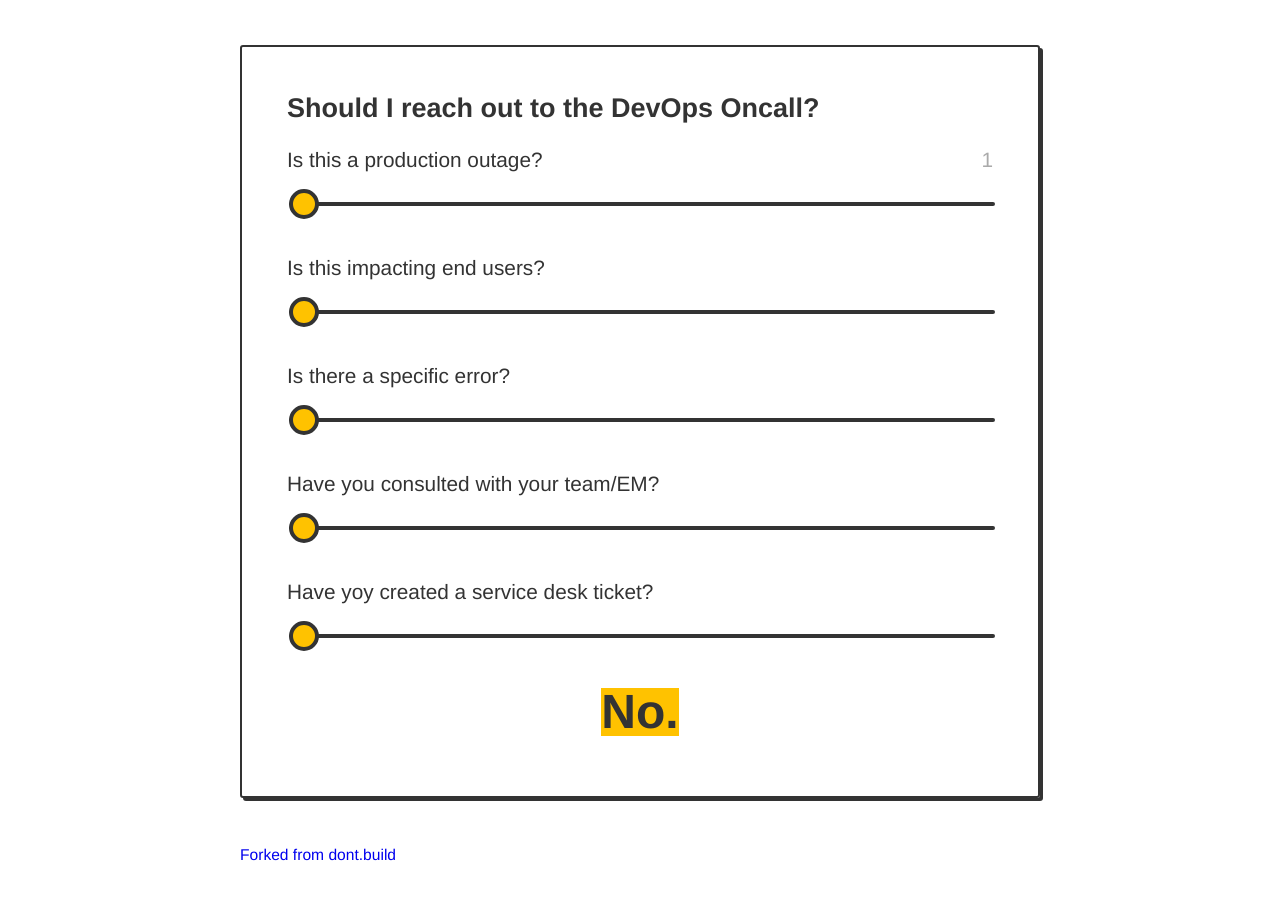
Repository: harishbsrinivas/dont.call
Page: index.html
The author's editor kept a copy of each file at every save. The page is drawn from the files as they stood at one save, then again after the next save.
The browser window is 1280 px wide. The pictures show the whole page.

Above is the page before, as saved 2022-12-03 19:02:14.
Console error: TypeError: Cannot set properties of null (setting 'value')

After the next save:
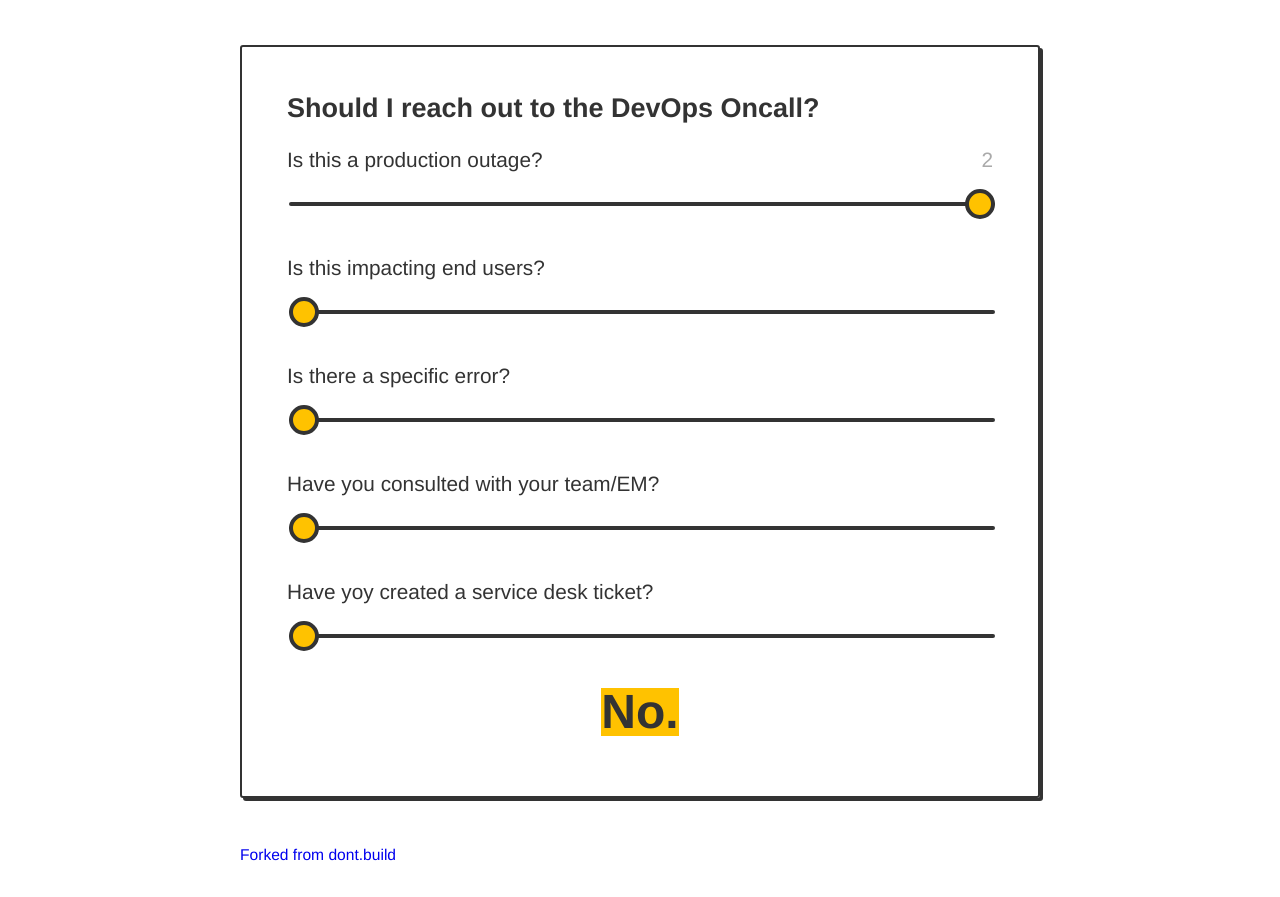
Saved 22 s later.
--- a/index.html
+++ b/index.html
@@ -62,7 +62,7 @@
     <script>
         (function () {
             const params = [
-                { weight: 0.9, value: 1, negative: false, name: 'p-outage', },
+                { weight: 0.9, value: 5, negative: false, name: 'p-outage', },
                 { weight: 0.4, value: 1, negative: false, name: 'p-imapact', },
                 { weight: 0.2, value: 1, negative: false, name: 'p-error', },
                 { weight: 0.7, value: 1, negative: false, name: 'p-peers', },

After the save that followed:
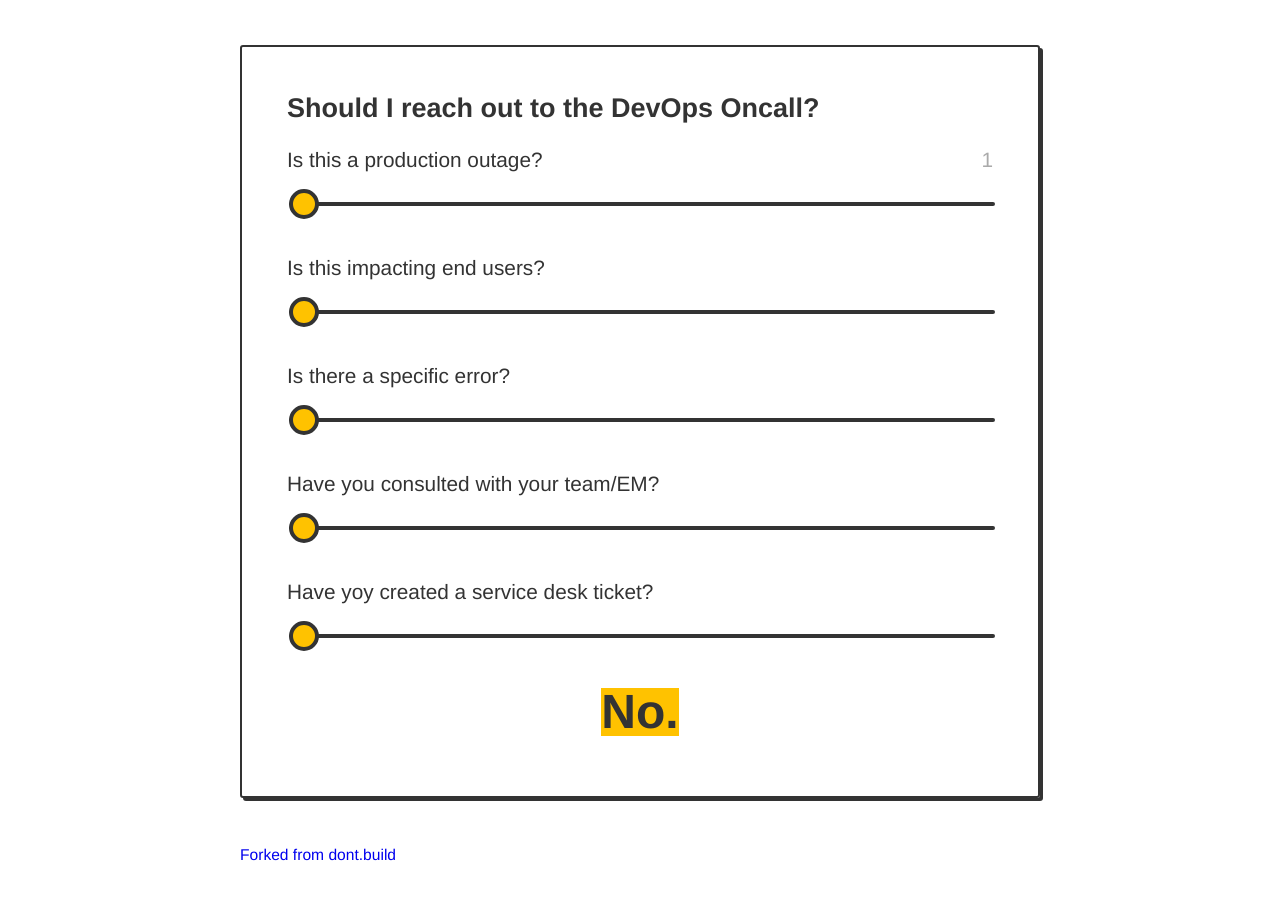
Saved 24 s later.
--- a/index.html
+++ b/index.html
@@ -62,7 +62,7 @@
     <script>
         (function () {
             const params = [
-                { weight: 0.9, value: 5, negative: false, name: 'p-outage', },
+                { weight: 0.9, value: 1, negative: false, name: 'p-outage', },
                 { weight: 0.4, value: 1, negative: false, name: 'p-imapact', },
                 { weight: 0.2, value: 1, negative: false, name: 'p-error', },
                 { weight: 0.7, value: 1, negative: false, name: 'p-peers', },
